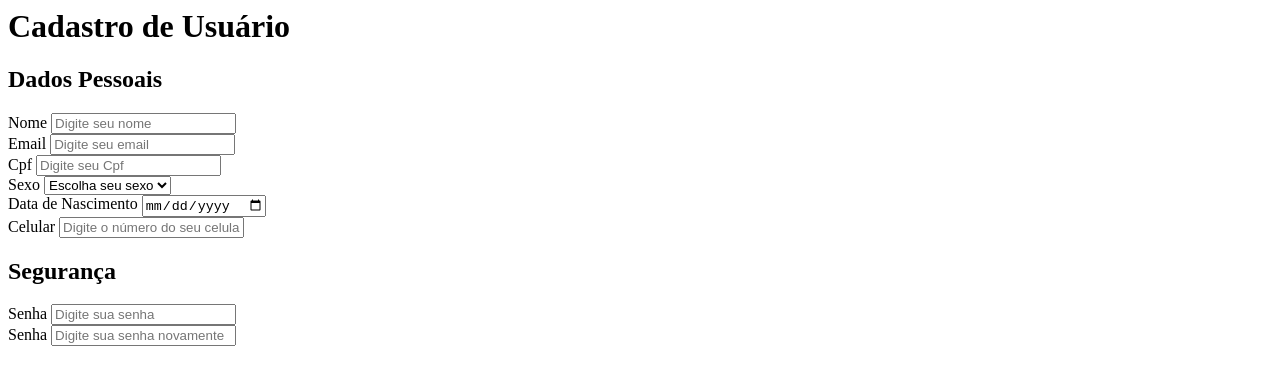
Repository: formatech2018/BRUNNO-S-FILMES
Page: sistema.filmes/src/main/webapp/resources/html/cadastro.html
An editor plug-in stored every save of this project. The page is shown before and after the next save, followed by the edit.
The browser window is 1280 px wide. The pictures show the whole page.

Above is the page before, as saved 2018-08-04 15:11:11.

After the next save:
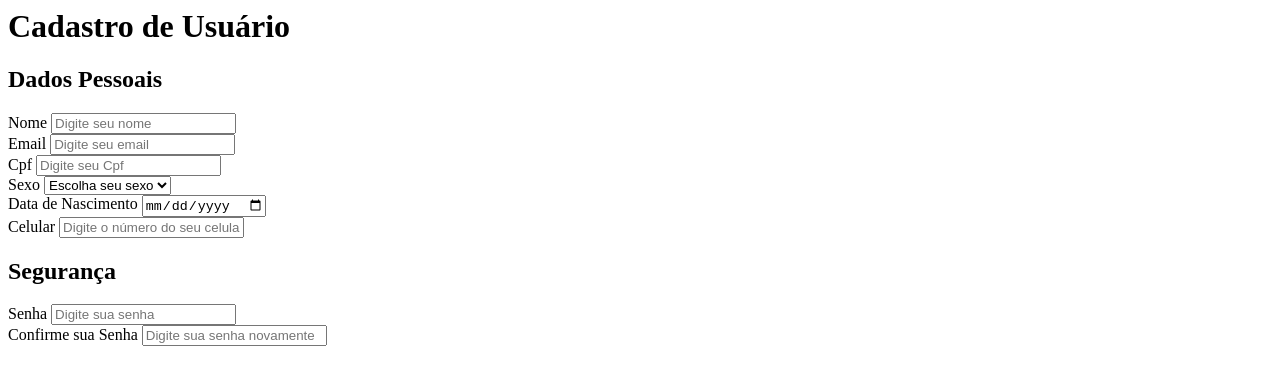
Saved 12 min 50 s later.
--- a/sistema.filmes/src/main/webapp/resources/html/cadastro.html
+++ b/sistema.filmes/src/main/webapp/resources/html/cadastro.html
@@ -57,7 +57,7 @@
 				placeholder="Digite sua senha">
 		</div>
 		<div class="col">
-			<label for="colFormLabel" class="col-sm-2 col-form-label">Senha</label>
+			<label for="colFormLabel" class="col-sm-2 col-form-label">Confirme sua Senha</label>
 			<input type="password" name="senha-novamente" class="form-control"
 				placeholder="Digite sua senha novamente">
 		</div>
